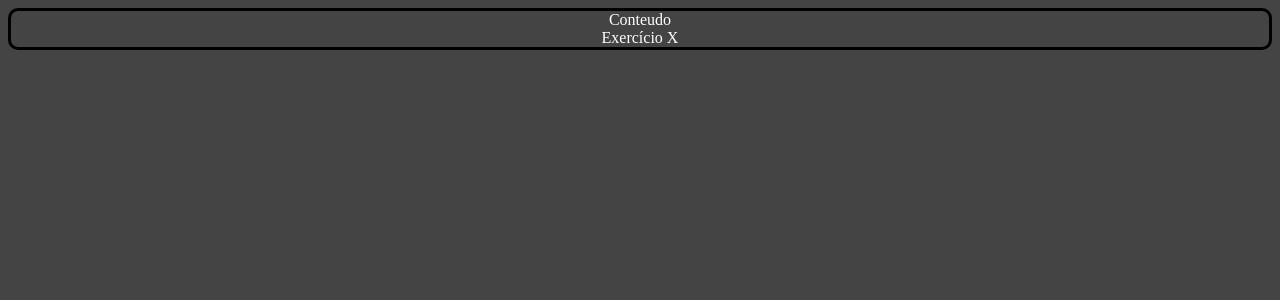
Repository: ClaytonEduard/fundamentos-react
Page: /
The author's editor kept a copy of each file at every save. The page is drawn from the files as they stood at one save, then again after a run of saves.
The browser window is 1280 px wide. The pictures show the whole page.
The project was rebuilt for these pictures with package versions that can differ from the ones it lists, and the page was loaded fresh each time. Also part of the build but not shown: src/components/Primeiro.jsx, src/components/ComParametro.jsx, src/components/ComFilhos.jsx.

Above is the page before, as saved 2022-06-18 10:28:09.

### src/index.js
import './index.css';
import React from 'react';
import ReactDOM from 'react-dom';

// importando a function
import Primeiro from './components/Primeiro'
import ComParametro from './components/ComParametro';
import ComFilhos from './components/ComFilhos';
import Card from './components/layout/Card';

// iniciando a rederização
ReactDOM.render(
    <div>
        <Card titulo='Exercício X'>
            Conteudo
        </Card>
        {/* <ComFilhos>
            <ul>
                <li>Ana</li>
                <li>Bia</li>
                <li>Carlos</li>
                <li>Daniel</li>
            </ul>
        </ComFilhos> */}

        {/* <Primeiro />
        <ComParametro titulo="Esse é o titulo" subtitulo="subtitulo" /> */}

    </div>,
    document.getElementById('root')
)

### src/index.css
body {
    font-family: Oswald;
    font-weight: 300;
    font-size: 2rm;
    background-color: #444;
    color: #fff;
    text-align: center;
}

h1, h2 {
    font-weight: 300;
}

### src/components/layout/Card.jsx
import './Card.css'
import React from 'react'

// componete baseado em funcao
export default props =>
    // aplicando class CSS, no caso do React não se usa a class
    <div className="Card">
        <div className='Conteudo'>
            {props.children}
        </div>
        <div className='Footer'>
            {props.titulo}
        </div>
    </div>

### src/components/layout/Card.css
.Card {
    border: 3px solid #000;
    border-radius: 10px;
}

.Card.

Loaded but not shown: public/index.html (common file)

After the next 8 saves:
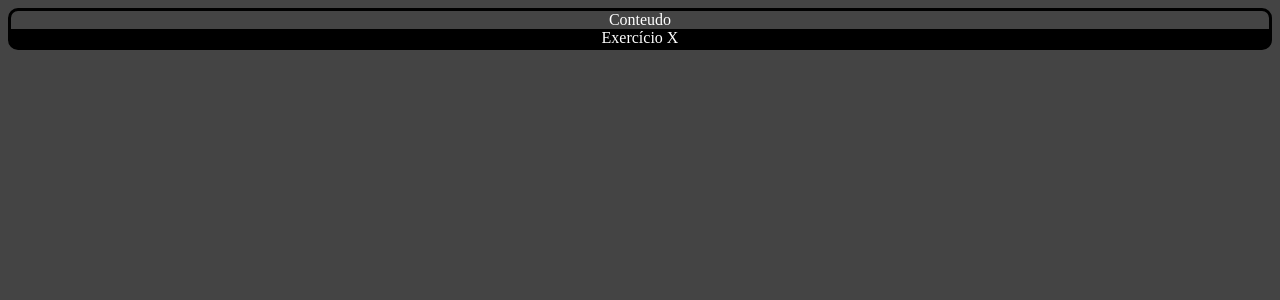
The 8 saves are shown as one change because they came seconds apart.
The last was saved 16 s later.
--- a/src/components/layout/Card.css
+++ b/src/components/layout/Card.css
@@ -3,4 +3,7 @@
     border-radius: 10px;
 }
 
-.Card.
+.Card .Footer {
+    background-color: #000;
+    color: ;
+}
